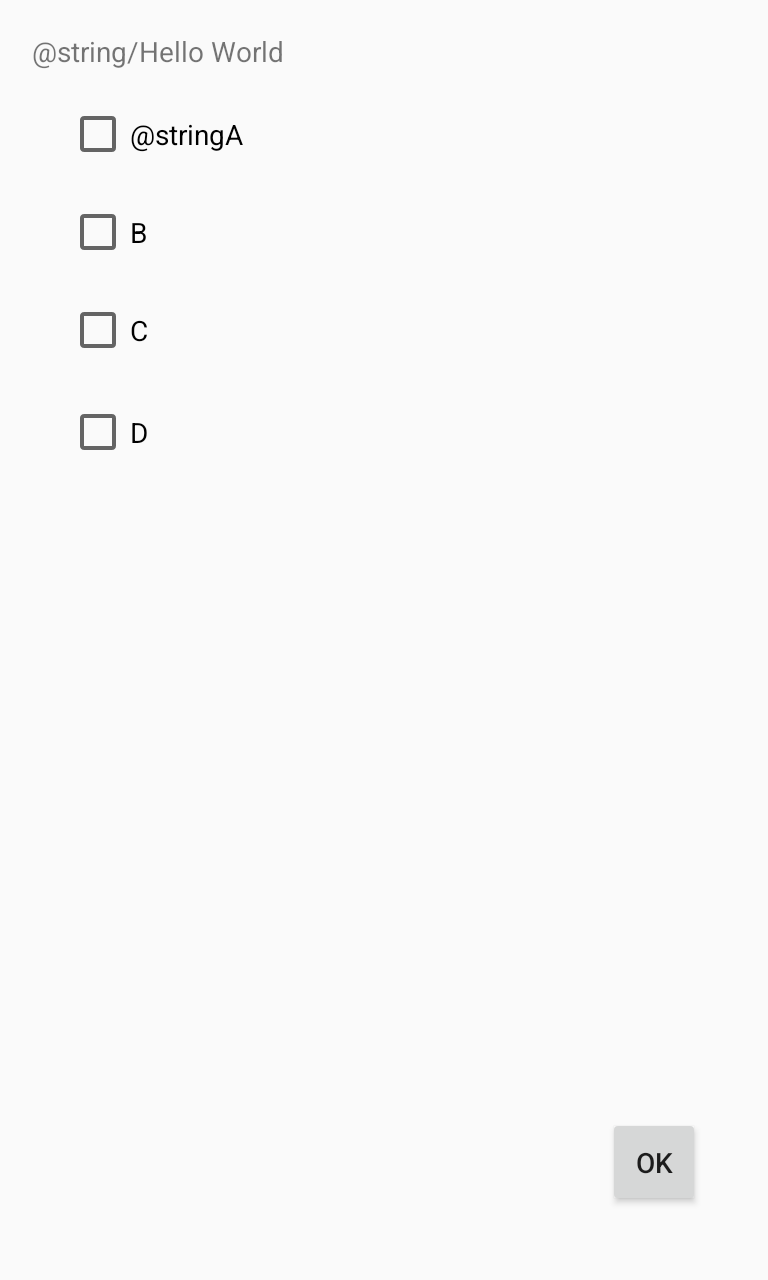
Repository: abhinav-kr/CognitiveAssistanceOnGoogleGlass
Layout: gabriel-android-glass/first-project/res/layout/activity_main.xml
An editor plug-in stored every save of this project. The layout is shown before and after the next save, followed by the edit.
It is drawn on a 768 x 1280 px phone screen (xhdpi) without system bars, with theme AppTheme; the app's code is not run.

Above is the layout before, as saved 2014-09-12 18:02:13.

### gabriel-android-glass/first-project/res/layout/activity_main.xml
<RelativeLayout xmlns:android="http://schemas.android.com/apk/res/android"
    xmlns:tools="http://schemas.android.com/tools"
    android:layout_width="match_parent"
    android:layout_height="match_parent"
    android:paddingBottom="@dimen/activity_vertical_margin"
    android:paddingLeft="@dimen/activity_horizontal_margin"
    android:paddingRight="@dimen/activity_horizontal_margin"
    android:paddingTop="@dimen/activity_vertical_margin"
    tools:context="com.example.first_project.MainActivity" >

    <TextView
        android:id="@+id/textView1"
        android:layout_width="wrap_content"
        android:layout_height="wrap_content"
        android:text="@string/Hello World" />

    <Button
        android:id="@+id/button1"
        style="?android:attr/buttonStyleSmall"
        android:layout_width="wrap_content"
        android:layout_height="wrap_content"
        android:layout_alignParentBottom="true"
        android:layout_alignParentRight="true"
        android:layout_marginBottom="19dp"
        android:layout_marginRight="17dp"
        android:text="OK" />

    <CheckBox
        android:id="@+id/checkBox1"
        android:layout_width="wrap_content"
        android:layout_height="wrap_content"
        android:layout_alignLeft="@+id/textView1"
        android:layout_below="@+id/textView1"
        android:layout_marginLeft="17dp"
        android:layout_marginTop="16dp"
        android:text="@stringA" />

    <CheckBox
        android:id="@+id/checkBox2"
        android:layout_width="wrap_content"
        android:layout_height="wrap_content"
        android:layout_alignLeft="@+id/checkBox1"
        android:layout_below="@+id/checkBox1"
        android:layout_marginTop="17dp"
        android:text="B" />

    <CheckBox
        android:id="@+id/checkBox3"
        android:layout_width="wrap_content"
        android:layout_height="wrap_content"
        android:layout_alignLeft="@+id/checkBox2"
        android:layout_below="@+id/checkBox2"
        android:layout_marginTop="17dp"
        android:text="C" />

    <CheckBox
        android:id="@+id/checkBox4"
        android:layout_width="wrap_content"
        android:layout_height="wrap_content"
        android:layout_alignLeft="@+id/checkBox3"
        android:layout_below="@+id/checkBox3"
        android:layout_marginTop="19dp"
        android:text="D" />

</RelativeLayout>

Loaded but not shown: gabriel-android-glass/first-project/res/values/styles.xml (common file); gabriel-android-glass/first-project/res/values-v11/styles.xml (common file); gabriel-android-glass/first-project/res/values-v14/styles.xml (common file); gabriel-android-glass/first-project/res/values/dimens.xml (common file); gabriel-android-glass/first-project/res/values-w820dp/dimens.xml (common file)

After the next save:
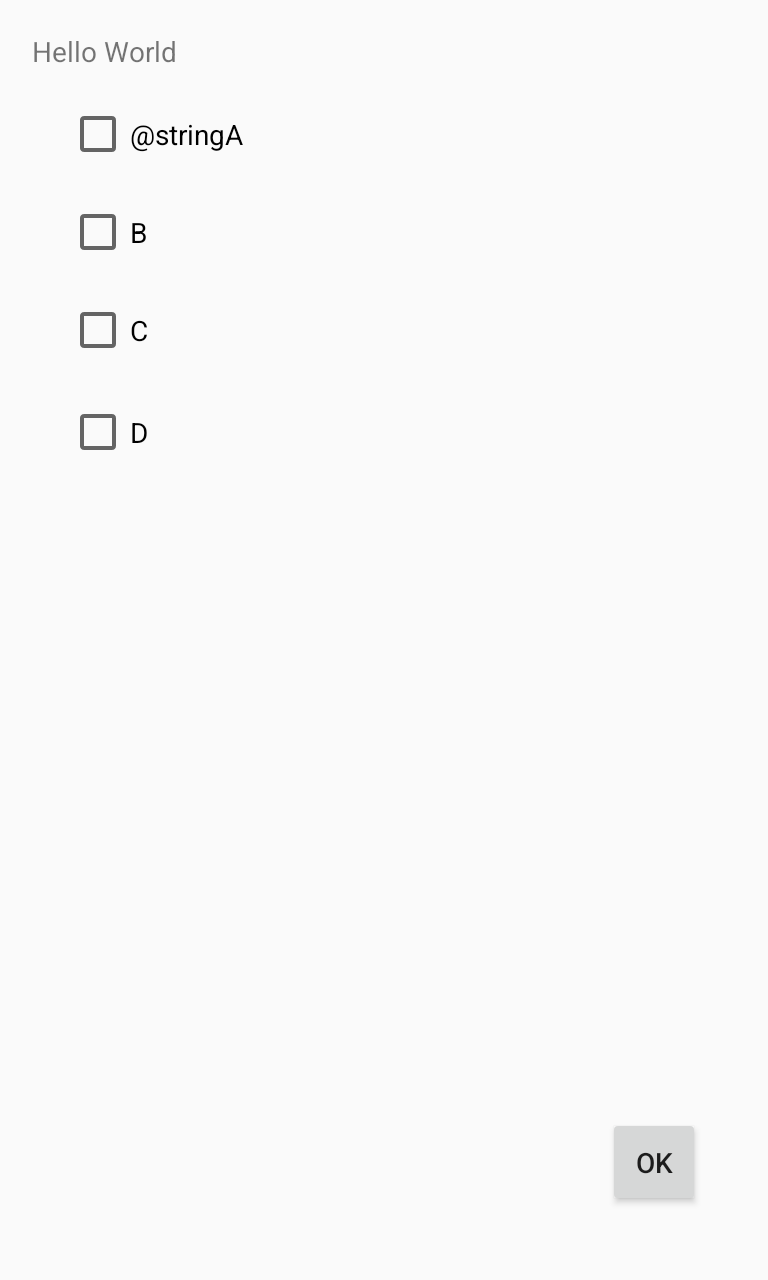
Saved 8 s later.
--- a/gabriel-android-glass/first-project/res/layout/activity_main.xml
+++ b/gabriel-android-glass/first-project/res/layout/activity_main.xml
@@ -12,7 +12,7 @@
         android:id="@+id/textView1"
         android:layout_width="wrap_content"
         android:layout_height="wrap_content"
-        android:text="@string/Hello World" />
+        android:text="Hello World" />
 
     <Button
         android:id="@+id/button1"
